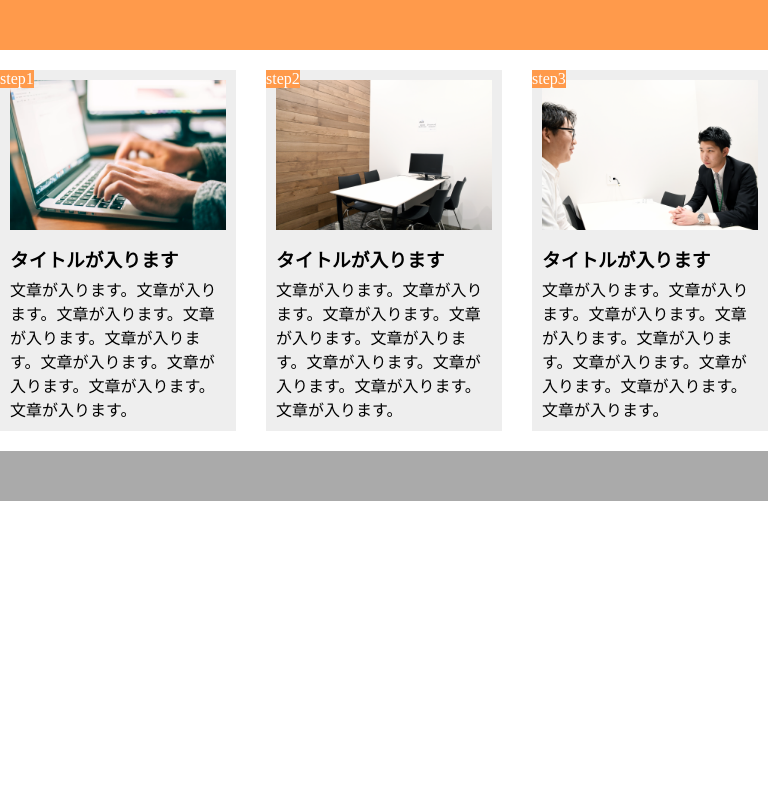
Repository: momopomi/htmlcss
Page: 1-10/1-10.html
The author's editor kept a record of every edit. The page is drawn from the files as they stood at one moment, then again after the next edit.
The browser window is 768 px wide. The pictures show the whole page.

Above is the page before.

After the next edit:
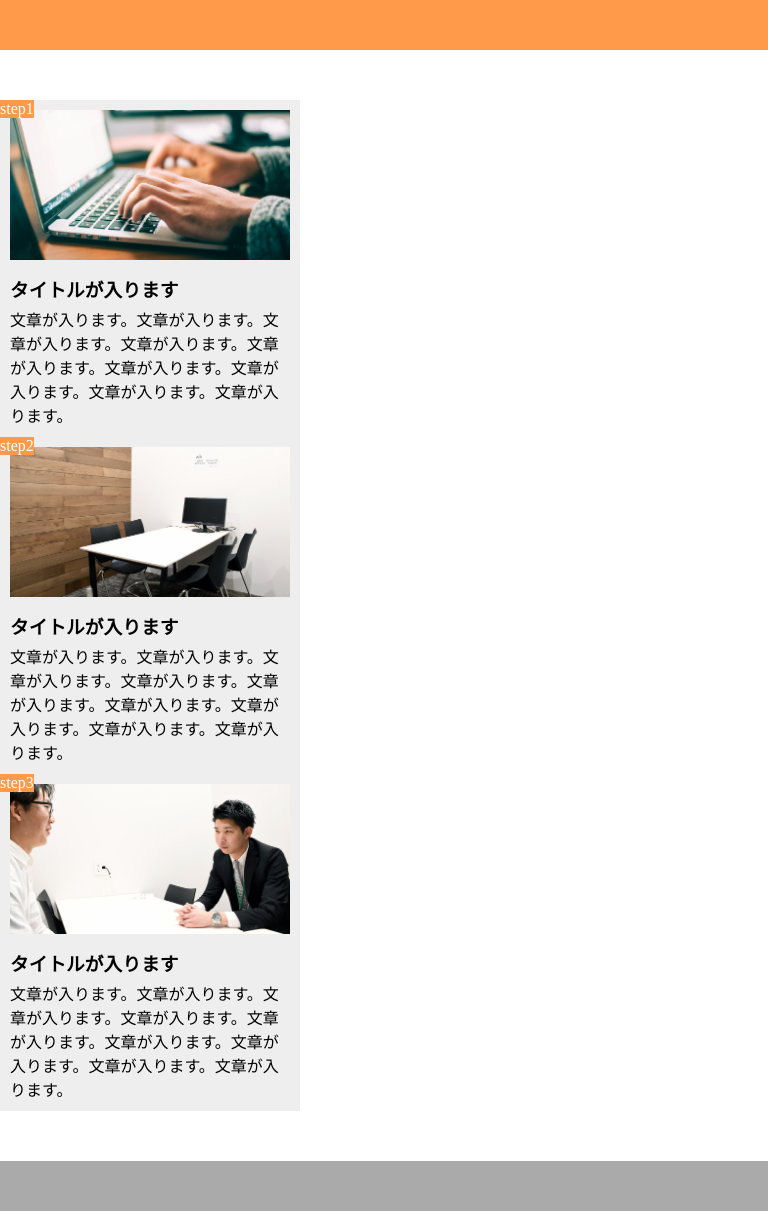
The edit:
--- a/1-10/1-10.css
+++ b/1-10/1-10.css
@@ -68,8 +68,7 @@
 @media screen and (max-width:768px) {
    main {
     width: 100%;
-    margin: 20px auto;
-    display: boxx;
+    flex-direction: column;
   }
 
   .step-box {
